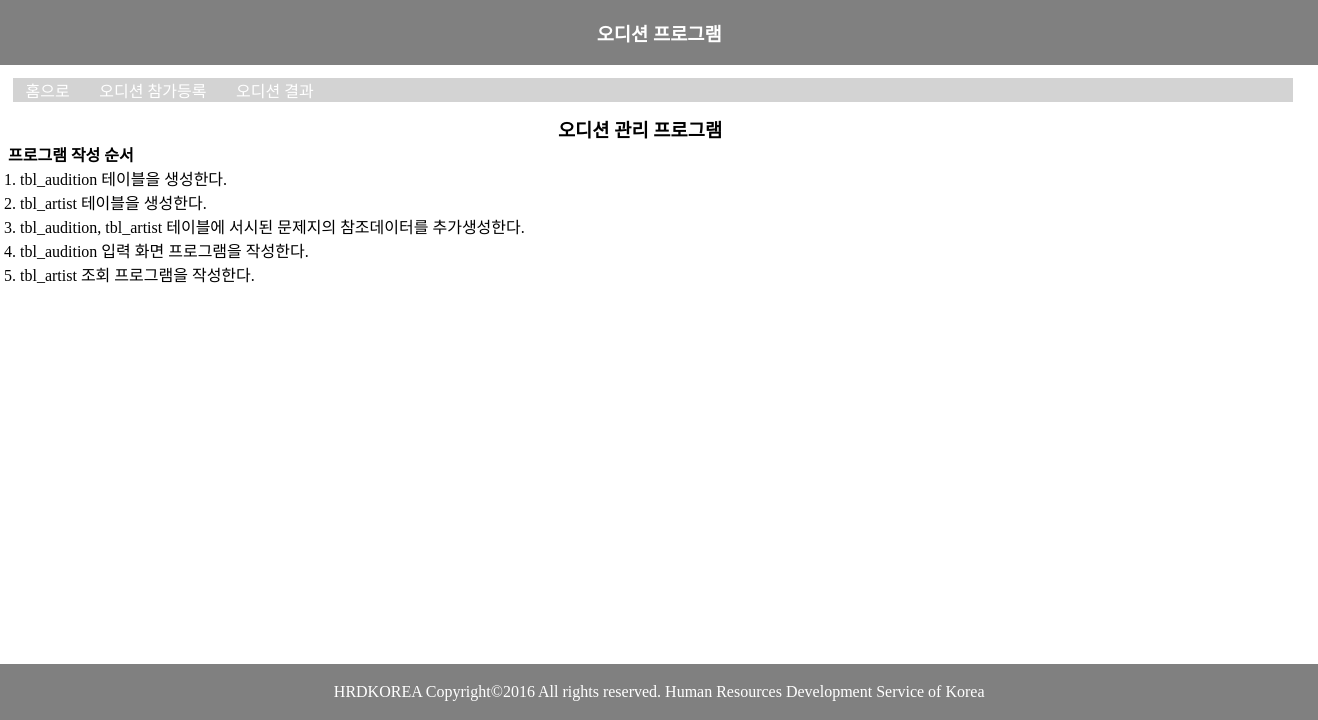
Repository: jieun000/Craftsman_Information_Processing
Page: http://localhost/Test/main.jsp
An editor plug-in stored every save of this project. The page is shown before and after the next save, followed by the edit.
The browser window is 1280 px wide. The page is 1318 px wide, so the pictures cover 1318 px, including what lies to the right of the window. The pictures show the whole page.
The page is served by Tomcat 9.

Above is the page before, as saved 2023-09-06 01:28:39.

After the next save:
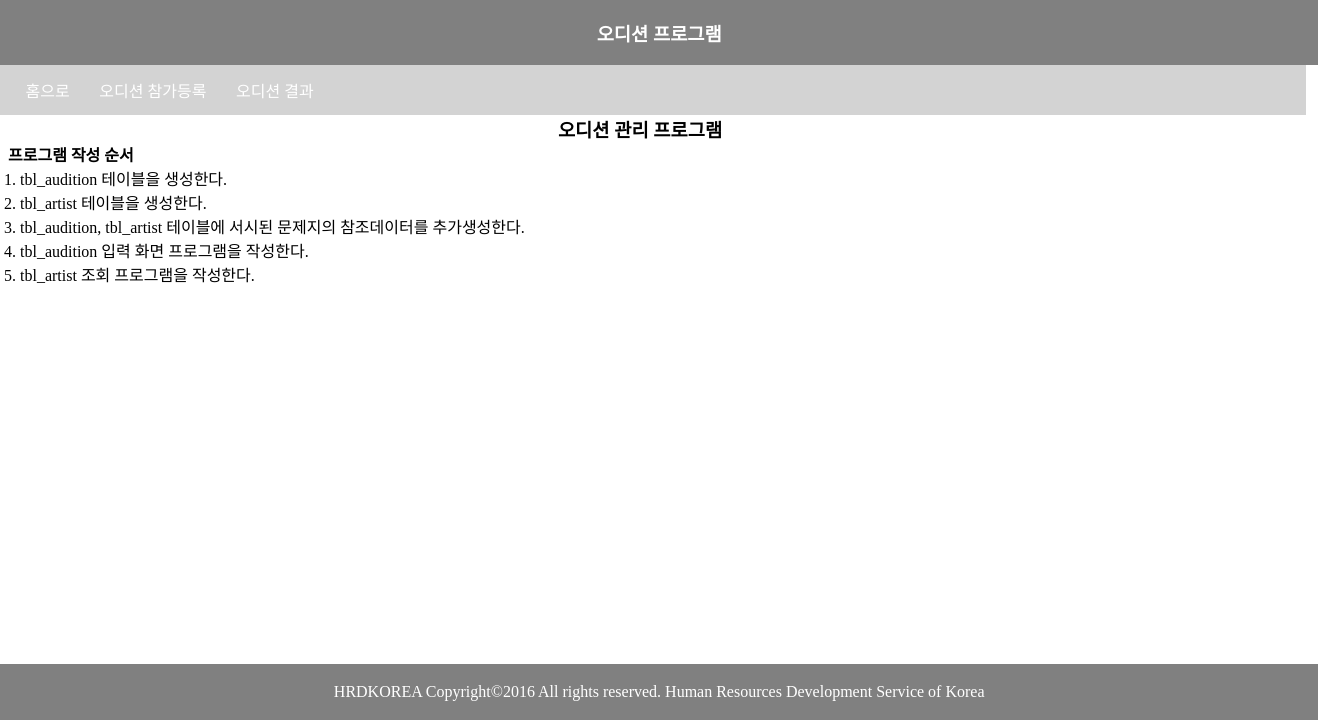
Saved 6 s later.
--- a/02_study/Test/src/main/webapp/main.jsp
+++ b/02_study/Test/src/main/webapp/main.jsp
@@ -15,7 +15,7 @@ nav > a:hover { background: gray; }
 	<header style="background: gray; color: white; text-align: center; width: 100%; padding: 1.5%;">
 		<h3>오디션 프로그램</h3>
 	</header>
-	<nav style="background: lightgray; width: 100%; margin: 1%;">
+	<nav style="background: lightgray; width: 100%; padding: 1%;">
 		<a href="main.jsp">홈으로</a>
 		<a href="joinForm.jsp">오디션 참가등록</a>
 		<a href="result.jsp">오디션 결과</a>
